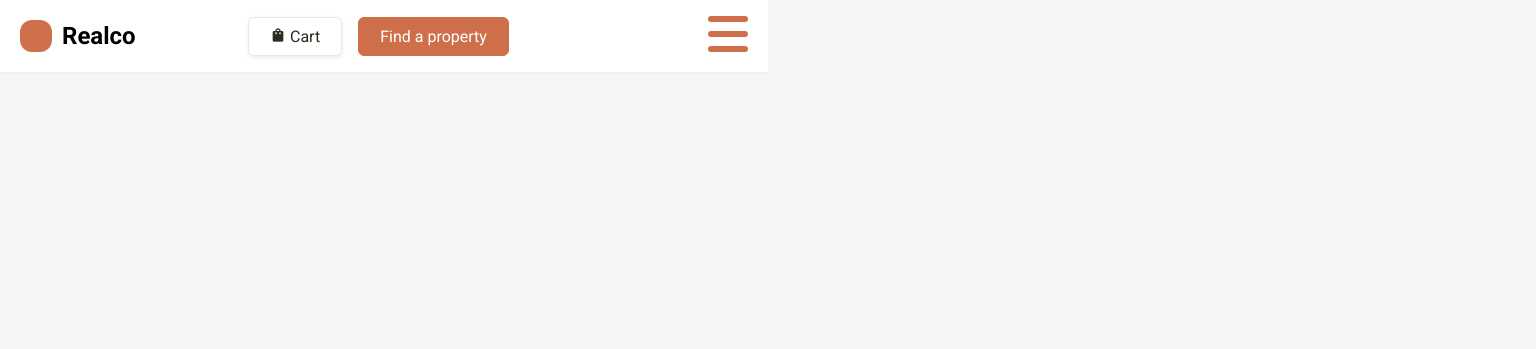
Repository: bek77g/realco
Page: index.html
An editor plug-in stored every save of this project. The page is shown before and after the next save, followed by the edit.
The browser window is 768 px wide. The page is 768 px wide, then 1536 px, so the pictures cover 1536 px, including what lies to the right of the window. The pictures show the whole page.
The style sheet was rebuilt from its Sass, Less or Tailwind sources for each picture, by a compiler version that may differ from the author's.

Above is the page before, as saved 2023-04-13 22:09:04.

### index.html
<!DOCTYPE html>
<html lang="en">
  <head>
    <meta charset="UTF-8" />
    <meta http-equiv="X-UA-Compatible" content="IE=edge" />
    <meta name="viewport" content="width=device-width, initial-scale=1.0" />
    <title>Realco</title>
    <link rel="preconnect" href="https://fonts.googleapis.com" />
    <link rel="preconnect" href="https://fonts.gstatic.com" crossorigin />
    <link
      href="https://fonts.googleapis.com/css2?family=Roboto:ital,wght@0,400;0,700;0,900;1,400;1,700;1,900&display=swap"
      rel="stylesheet"
    />
    <link
      href="https://fonts.googleapis.com/icon?family=Material+Icons"
      rel="stylesheet"
    />
    <link rel="stylesheet" href="./src/styles/style.css" />
  </head>
  <body>
    <header class="header">
      <div class="container">
        <div class="header__row">
          <div class="logo header__logo">
            <div class="logo__box"></div>
            <h2 class="logo__name">Realco</h2>
          </div>
          <nav class="header__nav">
            <ul class="header__menu">
              <li class="header__menu-item"><a href="#">Home</a></li>
              <li class="header__menu-item">
                <a href="#"
                  >Properties <span class="icon more">expand_more</span>
                </a>
              </li>
              <li class="header__menu-item"><a href="#">About</a></li>
              <li class="header__menu-item"><a href="#">Contact</a></li>
              <li class="header__menu-item">
                <a href="https://www.google.com/">
                  <span class="icon">search</span> Search</a
                >
              </li>
            </ul>
            <div class="header__buttons">
              <button class="header__buttons-btn">
                <span class="icon">shopping_bag</span> Cart
              </button>
              <button class="header__buttons-btn">Find a property</button>
            </div>
            <div class="header__burger">
              <div class="header__burger-icon">
                <span class="header__burger-global header__burger-top"></span>
                <span
                  class="header__burger-global header__burger-middle"
                ></span>
                <span
                  class="header__burger-global header__burger-bottom"
                ></span>
              </div>
            </div>
          </nav>
        </div>
      </div>
    </header>
    <main></main>
    <footer></footer>
    <script src="./src/js/main.js"></script>
  </body>
</html>

### src/js/main.js
let burger = document.querySelector('.header__burger');
let menu = document.querySelector('.header__menu');

burger.addEventListener('click', () => {
  burger.classList.toggle('active');
  menu.classList.toggle('active');
});

### src/styles/style.scss
@import './reset';

.container {
  max-width: 1320px;
  padding: 0 20px;
  margin: 0 auto;
}

@import './global';
@import './header';

@import './_responsive';

### src/styles/_reset.scss
* {
  margin: 0;
  padding: 0;
  box-sizing: border-box;
  transition: 0.3s;
}
ul,
ol {
  list-style: none;
}
img {
  width: 100%;
}
a {
  color: inherit;
}
button {
  border: none;
  cursor: pointer;
}
a {
  text-decoration: none;
}

### src/styles/_global.scss
* {
  font-family: 'Roboto', sans-serif;
}

body {
  background-color: #f5f5f5;
}

//Variables
$main-color: #cf6f49;
$light-grey: #65665c;
$black: #222222;
$black-grey: #2a2c1f;

.icon {
  font-family: 'Material Icons';
  font-style: normal;
  font-weight: 400;
  display: block;
  height: -webkit-fit-content;
  height: -moz-fit-content;
  height: fit-content;
}

.logo {
  display: flex;
  align-items: center;
  gap: 10px;
  &__box {
    width: 32px;
    height: 32px;
    background: #cf6f49;
    border-radius: 12px;
  }
  &__name {
    font-weight: bold;
  }
}

### src/styles/_header.scss
.header {
  position: relative;
  background: #ffffff;
  box-shadow: 0px 0px 4px rgba(0, 0, 0, 0.08);
  padding: 16px 0;
  &__row {
    display: flex;
    justify-content: space-between;
    align-items: center;
  }
  &__nav {
    display: flex;
    align-items: center;
    gap: 8px;
  }
  &__menu {
    padding: 9px 16px;
    display: flex;
    align-items: center;
    gap: 32px;
    &-item {
      color: $black;
      & a {
        display: flex;
        gap: 6px;
        align-items: center;
        & .icon {
          font-size: 20px;
        }
      }
      &:hover .more {
        transform: rotate(-180deg);
      }
    }
  }
  &__buttons {
    display: flex;
    gap: 16px;
    &-btn {
      white-space: nowrap;
      font-style: normal;
      font-weight: 400;
      font-size: 16px;
      padding: 9px 21px;
      border-radius: 6px;
      display: flex;
      gap: 4px;
      &:first-child {
        color: $black-grey;
        background: #ffffff;
        border: 1px solid #e7e8e3;
        box-shadow: 0px 2px 4px rgba(0, 0, 0, 0.08);
      }
      &:last-child {
        background: #cf6f49;
        border: 1px solid #cf6f49;
        color: #fff;
      }
      &:hover {
        -webkit-filter: brightness(80%);
        filter: brightness(90%);
      }
    }
  }
  &__burger {
    display: none;
    &-icon {
      cursor: pointer;
      margin: 0 auto;
      padding-left: 1.25em;
      position: relative;
      width: 40px;
      height: 40px;
    }
    &-global {
      -webkit-backface-visibility: hidden;
      backface-visibility: hidden;
      position: absolute;
      left: 0;
      border-top: 6px solid $main-color;
      border-radius: 3px;
      width: 100%;
    }
    &.active {
      & .header__burger-top {
        -webkit-backface-visibility: hidden;
        backface-visibility: hidden;
        top: 15px;
        transform: rotate(50deg);
      }
      & .header__burger-middle {
        opacity: 0;
      }
      & .header__burger-bottom {
        -webkit-backface-visibility: hidden;
        backface-visibility: hidden;
        top: 15px;
        transform: rotate(-410deg);
      }
    }
    &-top {
      top: 0;
    }
    &-middle {
      top: 15px;
    }
    &-bottom {
      top: 30px;
    }
  }
}

### src/styles/_responsive.scss
@media (max-width: 1201px) {
}
@media (max-width: 1025px) {
}
@media (max-width: 993px) {
  .header {
    &__row {
      gap: 20px;
    }
    &__nav {
      max-width: 500px;
      width: 100%;
      gap: 20px;
      justify-content: space-between;
    }
    &__menu {
      position: absolute;
      //   right: -100%;
      right: 0;
      display: none;
      top: 72px;
      align-items: flex-start;
      background: #ffffff;
      box-shadow: 0px 0px 4px rgba(0, 0, 0, 0.08);
      padding: 16px 32px;
      flex-direction: column;
      &.active {
        // right: 0;
        display: flex;
      }
    }
    &__burger {
      display: block;
    }
  }
}
@media (max-width: 769px) {
}
@media (max-width: 769px) {
  .header__menu {
    width: 100%;
    align-items: center;
  }
}
@media (max-width: 481px) {
}
@media (max-width: 321px) {
}

// 320px — 480px
// 481px — 768px
// 769px — 1024px
// 1025px — 1200px
// 1201px and 1440px

After the next save:
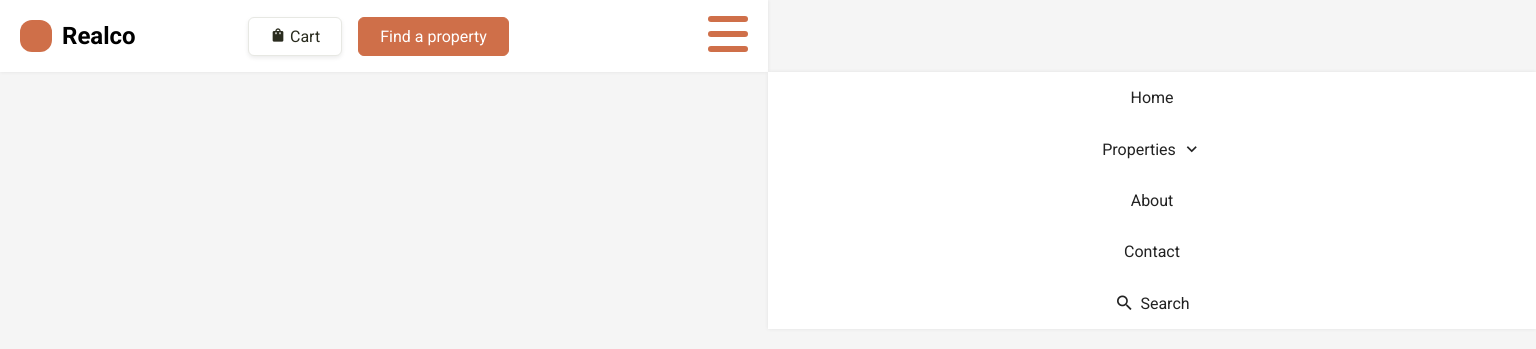
Saved 25 s later.
--- a/src/styles/_responsive.scss
+++ b/src/styles/_responsive.scss
@@ -15,9 +15,7 @@
     }
     &__menu {
       position: absolute;
-      //   right: -100%;
-      right: 0;
-      display: none;
+      right: -100%;
       top: 72px;
       align-items: flex-start;
       background: #ffffff;
@@ -25,8 +23,7 @@
       padding: 16px 32px;
       flex-direction: column;
       &.active {
-        // right: 0;
-        display: flex;
+        right: 0;
       }
     }
     &__burger {
